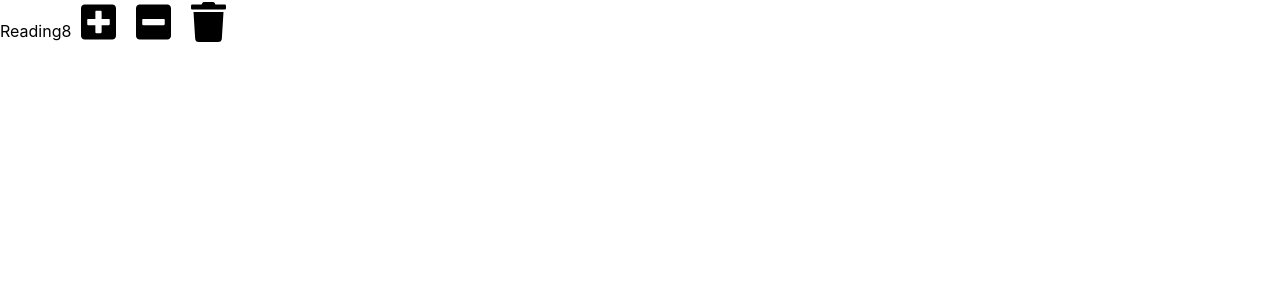
Repository: keehoonjung/react-habit-tracker
Page: / (app in react/habit-tracker/)
These files come from the project's save history. The page is drawn as it stood at one moment and after the next save; the edit follows.
The browser window is 1280 px wide. The pictures show the whole page.
The project was rebuilt for these pictures with package versions that can differ from the ones it lists, and the page was loaded fresh each time.

Above is the page before, as saved 2021-08-30 16:17:58.

After the next save:
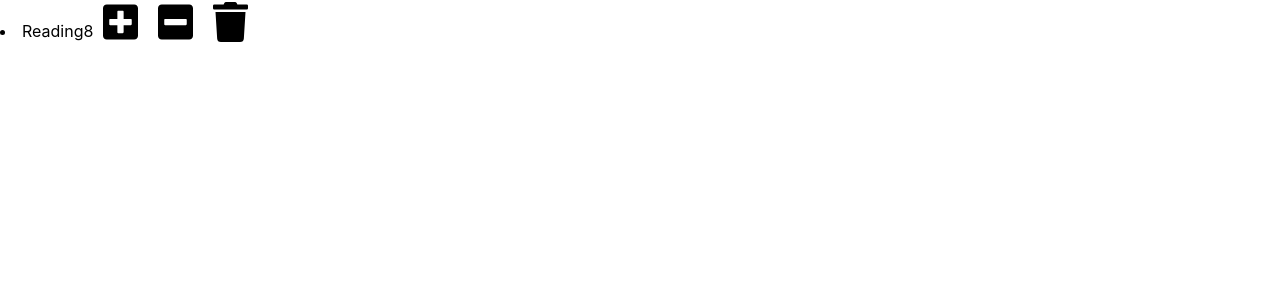
Saved 19 s later.
--- a/react/habit-tracker/src/components/habit.jsx
+++ b/react/habit-tracker/src/components/habit.jsx
@@ -3,7 +3,7 @@ import React, { Component } from "react";
 class Habit extends Component {
   render() {
     return (
-      <>
+      <li className="habit">
         <span className="habit-name">Reading</span>
         <span className="habit-count">8</span>
         <button className="habit-button haibit-increase">
@@ -15,7 +15,7 @@ class Habit extends Component {
         <button className="habit-button haibit-delete">
           <i className="fas fa-trash"></i>
         </button>
-      </>
+      </li>
     );
   }
 }
